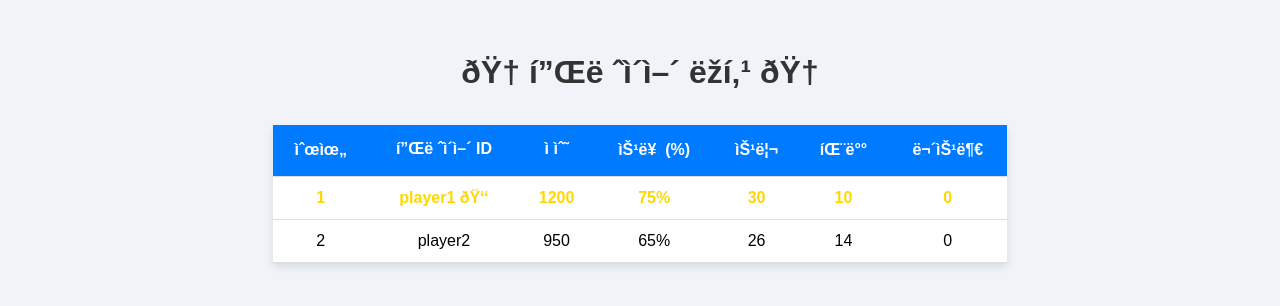
Repository: dkwkckzk/game_repo
Page: http://localhost/boot/jsp/ranking.jsp
These files come from the project's save history. The page is drawn as it stood at one moment and after the next save; the edit follows.
The browser window is 1280 px wide. The pictures show the whole page.
The page is served by Tomcat 10.

Above is the page before, as saved 2025-03-19 15:29:38.

After the next save:
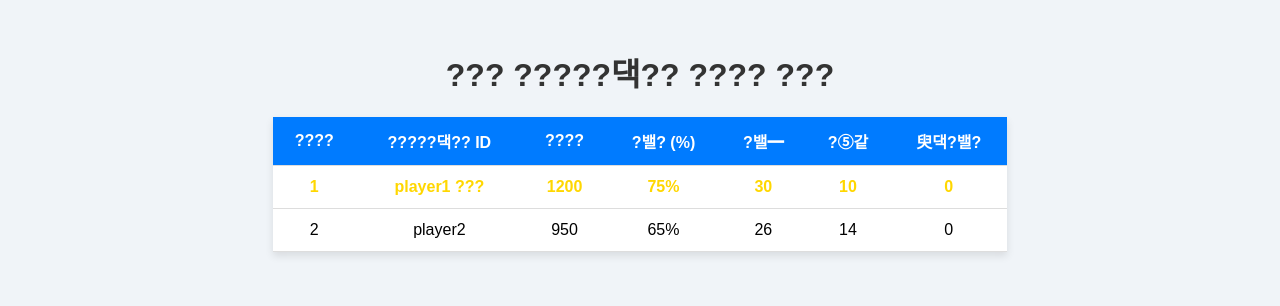
Saved 12 s later.
--- a/boot/src/main/webapp/jsp/ranking.jsp
+++ b/boot/src/main/webapp/jsp/ranking.jsp
@@ -1,3 +1,5 @@
+<%@ page language="java" contentType="text/html; charset=EUC-KR"
+    pageEncoding="EUC-KR"%>
 <!-- JSP 페이지 (ranking.jsp) - 플레이어 랭킹 표시 및 스타일링 -->
 <!DOCTYPE html>
 <html lang="ko">
